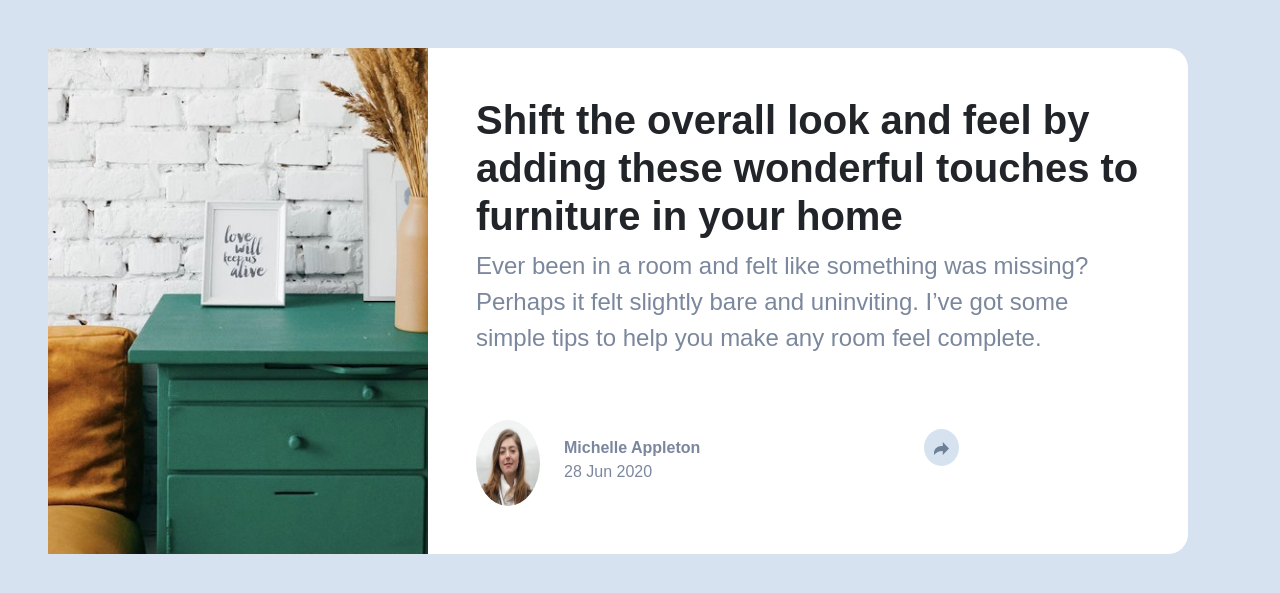
Repository: blordeus/article-preview-component
Page: index.html
An editor plug-in stored every save of this project. The page is shown before and after the next save, followed by the edit.
The browser window is 1280 px wide. The pictures show the whole page.

Above is the page before, as saved 2024-05-18 10:10:27.
Console error: ReferenceError: a is not defined

After the next save:
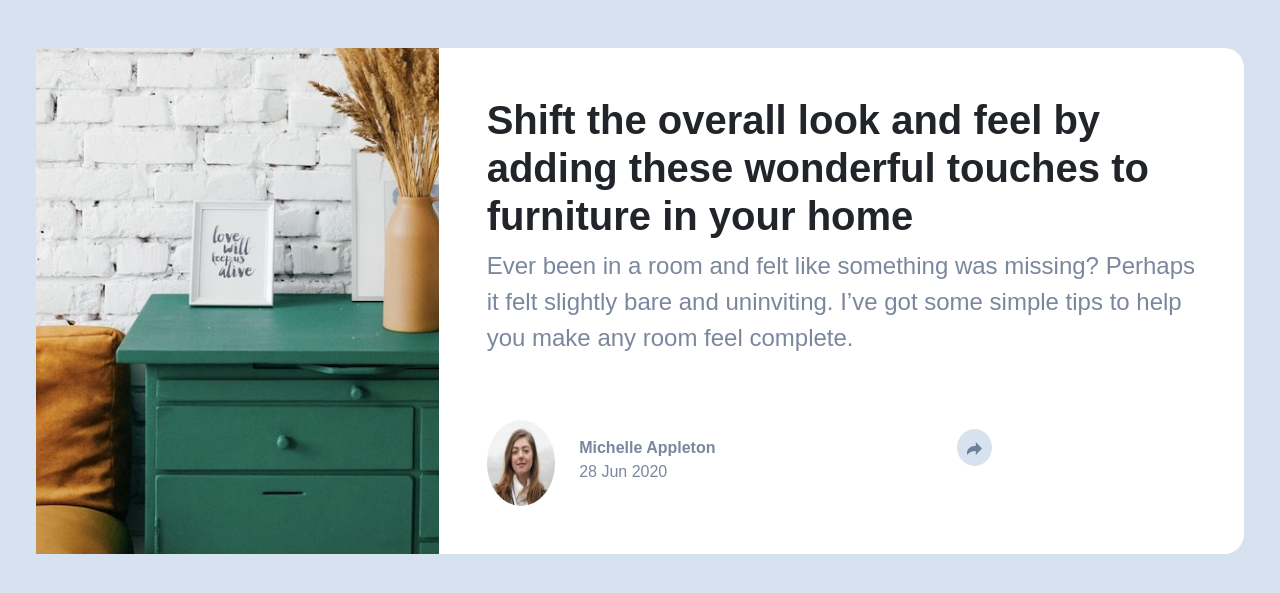
Saved 17 s later.
--- a/index.html
+++ b/index.html
@@ -12,7 +12,7 @@
   <title>Frontend Mentor | Article preview component</title>
 
 </head>
-<body class="container m-5 d-flex flex-column">
+<body class=" m-5 d-flex flex-column">
 
   <main class="bg-color row">
 

After the save that followed:
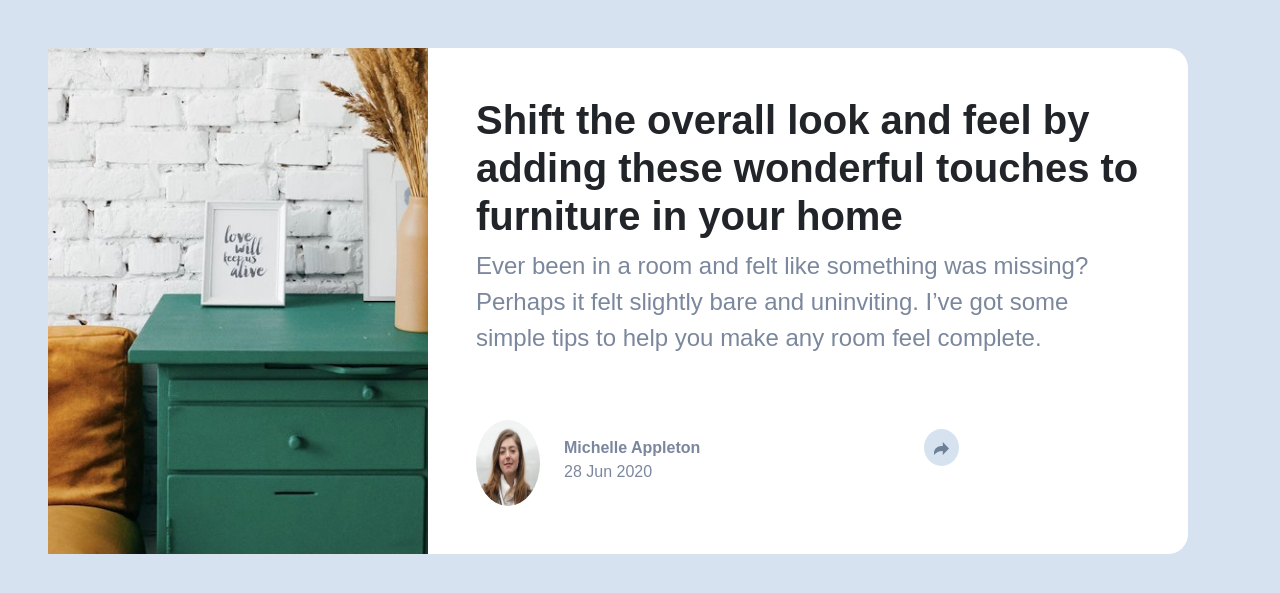
Saved 13 s later.
--- a/index.html
+++ b/index.html
@@ -12,7 +12,7 @@
   <title>Frontend Mentor | Article preview component</title>
 
 </head>
-<body class=" m-5 d-flex flex-column">
+<body class="container m-5 d-flex flex-column">
 
   <main class="bg-color row">
 
